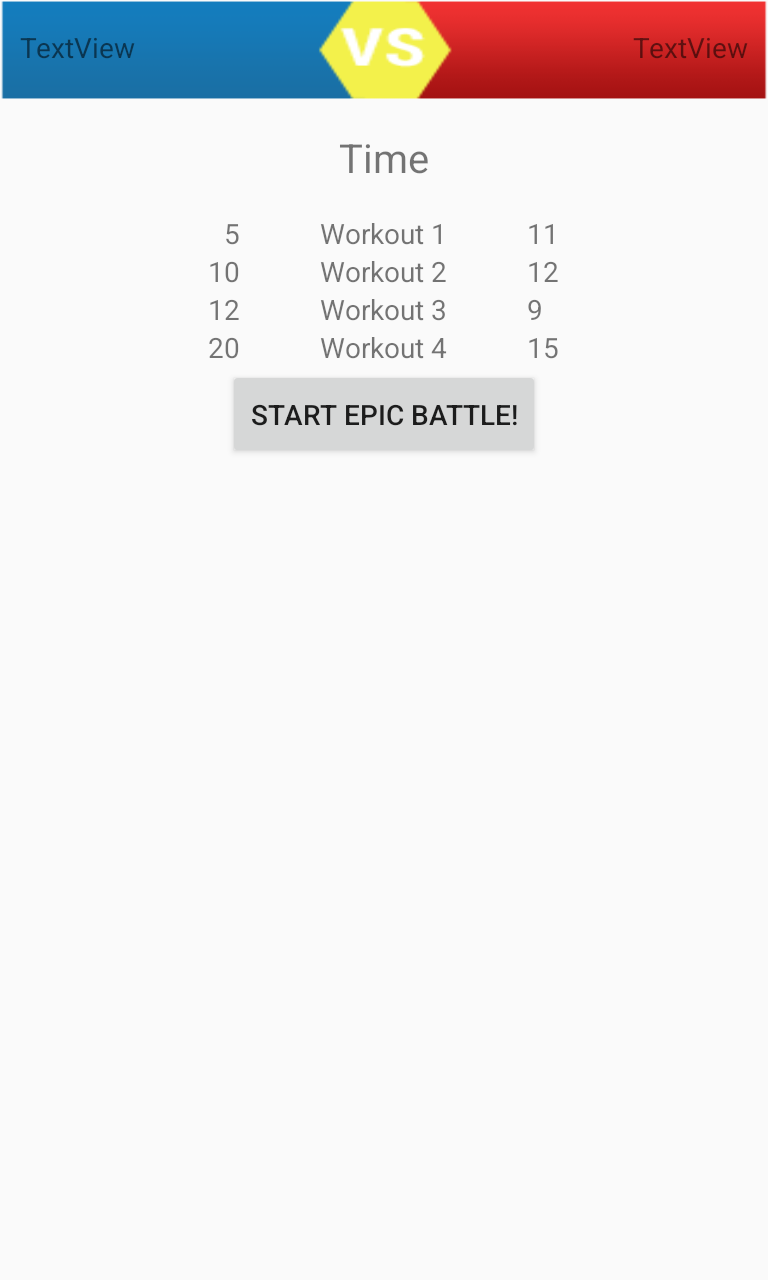
Repository: hackathon-2014/devdroid-repo
Layout: HealthyCompetition/res/layout/battlefield_layout.xml
These files come from the project's save history. The layout is drawn as it stood at one moment and after the next save; the edit follows.
It is drawn on a 768 x 1280 px phone screen (xhdpi) without system bars, with theme AppTheme; the app's code is not run.

Above is the layout before, as saved 2014-08-23 19:59:55.

### HealthyCompetition/res/layout/battlefield_layout.xml
<?xml version="1.0" encoding="utf-8"?>
<LinearLayout xmlns:android="http://schemas.android.com/apk/res/android"
    android:layout_width="match_parent"
    android:layout_height="match_parent"
    android:orientation="vertical" >

    <RelativeLayout
        android:id="@+id/relative_layout_versus"
        android:layout_width="match_parent"
        android:layout_height="wrap_content" >

        <ImageView
            android:id="@+id/versus_image"
            android:layout_width="match_parent"
            android:layout_height="50dp"
            android:background="@drawable/versus_banner_9" />

        <TextView
            android:id="@+id/time_view"
            android:layout_width="wrap_content"
            android:layout_height="wrap_content"
            android:layout_below="@+id/versus_image"
            android:layout_centerHorizontal="true"
            android:layout_marginTop="15dp"
            android:text="Time"
            android:textSize="20dp" />

        <TextView
            android:id="@+id/player_one_name"
            android:layout_width="wrap_content"
            android:layout_height="wrap_content"
            android:layout_alignParentLeft="true"
            android:layout_alignParentTop="true"
            android:layout_marginLeft="10dp"
            android:layout_marginTop="14dp"
            android:text="TextView" />

        <TextView
            android:id="@+id/player_two_name"
            android:layout_width="wrap_content"
            android:layout_height="wrap_content"
            android:layout_alignBaseline="@+id/player_one_name"
            android:layout_alignBottom="@+id/player_one_name"
            android:layout_alignParentRight="true"
            android:layout_alignParentTop="true"
            android:layout_marginRight="10dp"
            android:text="TextView" />
    </RelativeLayout>

    <RelativeLayout
        android:id="@+id/workout_layout_one"
        android:layout_width="match_parent"
        android:layout_height="wrap_content"
        android:layout_marginTop="15dp"
        android:orientation="vertical" >

        <TextView
            android:id="@+id/workout_one"
            android:layout_width="wrap_content"
            android:layout_height="wrap_content"
            android:layout_centerHorizontal="true"
            android:text="Workout 1" />

        <TextView
            android:id="@+id/playerone_workoutone"
            android:layout_width="wrap_content"
            android:layout_height="wrap_content"
            android:layout_alignParentTop="true"
            android:layout_marginRight="40dp"
            android:layout_toLeftOf="@+id/workout_one"
            android:text="5" />

        <TextView
            android:id="@+id/playertwo_workoutone"
            android:layout_width="wrap_content"
            android:layout_height="wrap_content"
            android:layout_alignParentTop="true"
            android:layout_marginLeft="40dp"
            android:layout_toRightOf="@+id/workout_one"
            android:text="11" />
    </RelativeLayout>

    <RelativeLayout
        android:id="@+id/workout_layout_two"
        android:layout_width="match_parent"
        android:layout_height="wrap_content"
        android:orientation="vertical" >

        <TextView
            android:id="@+id/workout_two"
            android:layout_width="wrap_content"
            android:layout_height="wrap_content"
            android:layout_centerHorizontal="true"
            android:text="Workout 2" />

        <TextView
            android:id="@+id/playerone_workouttwo"
            android:layout_width="wrap_content"
            android:layout_height="wrap_content"
            android:layout_alignParentTop="true"
            android:layout_marginRight="40dp"
            android:layout_toLeftOf="@+id/workout_two"
            android:text="10" />

        <TextView
            android:id="@+id/playertwo_workouttwo"
            android:layout_width="wrap_content"
            android:layout_height="wrap_content"
            android:layout_alignParentTop="true"
            android:layout_marginLeft="40dp"
            android:layout_toRightOf="@+id/workout_two"
            android:text="12" />
    </RelativeLayout>

    <RelativeLayout
        android:id="@+id/workout_layout_three"
        android:layout_width="match_parent"
        android:layout_height="wrap_content"
        android:orientation="vertical" >

        <TextView
            android:id="@+id/workout_three"
            android:layout_width="wrap_content"
            android:layout_height="wrap_content"
            android:layout_centerHorizontal="true"
            android:text="Workout 3" />

        <TextView
            android:id="@+id/playerone_workoutthree"
            android:layout_width="wrap_content"
            android:layout_height="wrap_content"
            android:layout_alignParentTop="true"
            android:layout_marginRight="40dp"
            android:layout_toLeftOf="@+id/workout_three"
            android:text="12" />

        <TextView
            android:id="@+id/playertwo_workoutthree"
            android:layout_width="wrap_content"
            android:layout_height="wrap_content"
            android:layout_alignParentTop="true"
            android:layout_marginLeft="40dp"
            android:layout_toRightOf="@+id/workout_three"
            android:text="9" />
    </RelativeLayout>

    <RelativeLayout
        android:id="@+id/workout_layout_four"
        android:layout_width="match_parent"
        android:layout_height="wrap_content"
        android:orientation="vertical" >

        <TextView
            android:id="@+id/workout_four"
            android:layout_width="wrap_content"
            android:layout_height="wrap_content"
            android:layout_centerHorizontal="true"
            android:text="Workout 4" />

        <TextView
            android:id="@+id/playerone_workoutfour"
            android:layout_width="wrap_content"
            android:layout_height="wrap_content"
            android:layout_alignParentTop="true"
            android:layout_marginRight="40dp"
            android:layout_toLeftOf="@+id/workout_four"
            android:text="20" />

        <TextView
            android:id="@+id/playertwo_workoutfour"
            android:layout_width="wrap_content"
            android:layout_height="wrap_content"
            android:layout_alignParentTop="true"
            android:layout_marginLeft="40dp"
            android:layout_toRightOf="@+id/workout_four"
            android:text="15" />
    </RelativeLayout>

    <RelativeLayout
        android:layout_width="match_parent"
        android:layout_height="wrap_content" >

        <Button
            android:id="@+id/button1"
            android:layout_width="wrap_content"
            android:layout_height="wrap_content"
            android:layout_centerHorizontal="true"
            android:text="Start Epic Battle!" />
    </RelativeLayout>

</LinearLayout>

Loaded but not shown: HealthyCompetition/res/values/styles.xml (common file); HealthyCompetition/res/values-v11/styles.xml (common file); HealthyCompetition/res/values-v14/styles.xml (common file)

After the next save:
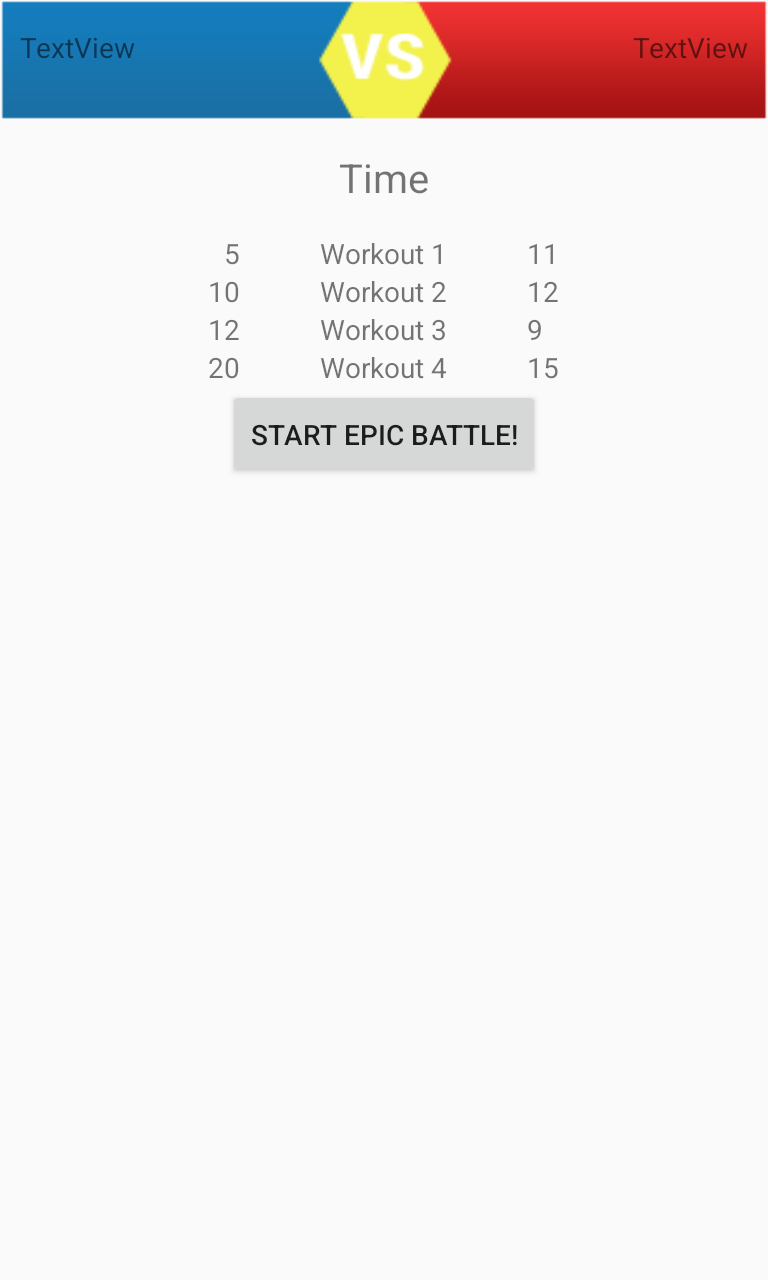
Saved 9 s later.
--- a/HealthyCompetition/res/layout/battlefield_layout.xml
+++ b/HealthyCompetition/res/layout/battlefield_layout.xml
@@ -12,7 +12,7 @@
         <ImageView
             android:id="@+id/versus_image"
             android:layout_width="match_parent"
-            android:layout_height="50dp"
+            android:layout_height="60dp"
             android:background="@drawable/versus_banner_9" />
 
         <TextView
